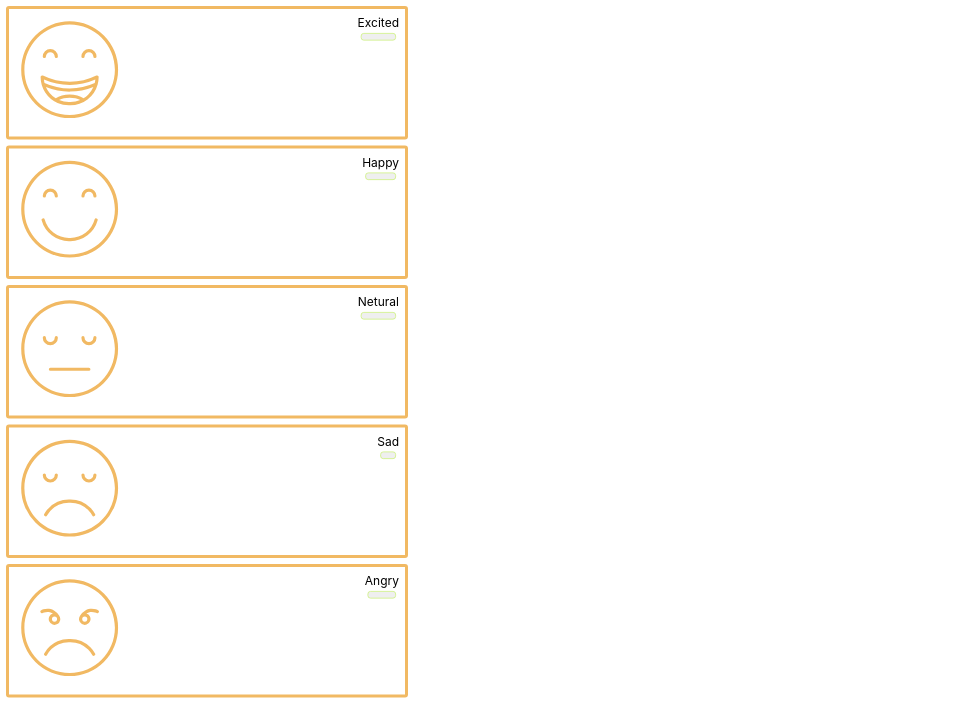
Repository: majakesin/moodify-app
Page: /
These files come from the project's save history. The page is drawn as it stood at one moment and after the next save; the edit follows.
The browser window is 1280 px wide. The pictures show the whole page, at 75% of full size.
The project was rebuilt for these pictures with package versions that can differ from the ones it lists, and the page was loaded fresh each time.

Above is the page before, as saved 2023-08-21 12:29:06.

After the next save:
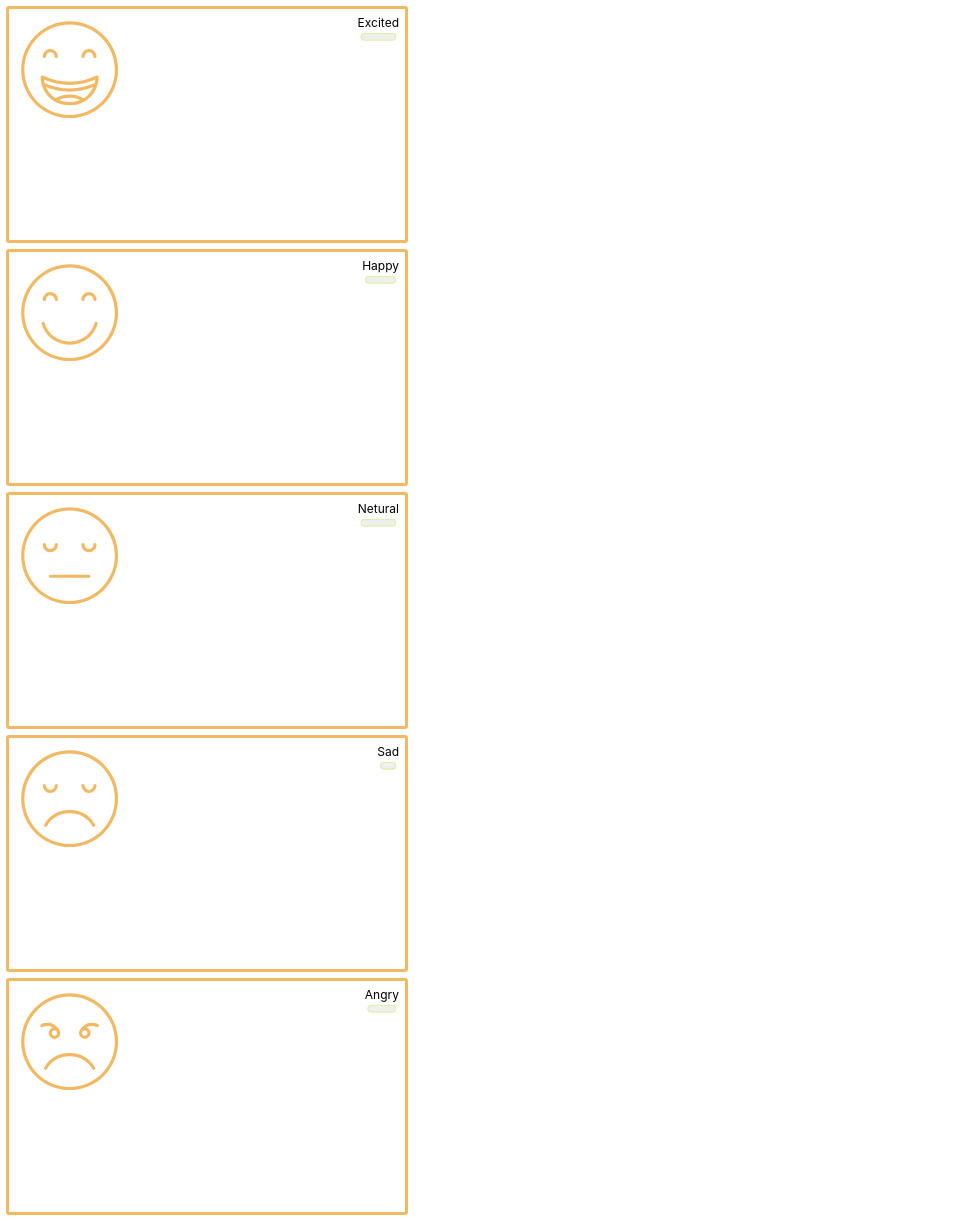
Saved 36 s later.
--- a/src/data/moods.js
+++ b/src/data/moods.js
@@ -1,7 +1,7 @@
 export const moods = [
     {
         type: 'Excited',
-        icon: <svg id="SvgjsSvg1081" xmlns="http://www.w3.org/2000/svg" version="1.1" xmlnsXlink="http://www.w3.org/1999/xlink" xmlnsSvgjs="http://svgjs.com/svgjs">
+        icon: <svg id="SvgjsSvg1081" width="288" height="288" xmlns="http://www.w3.org/2000/svg" version="1.1" xmlnsXlink="http://www.w3.org/1999/xlink" xmlnsSvgjs="http://svgjs.com/svgjs">
                 <defs id="SvgjsDefs1082"></defs>
                 <g id="SvgjsG1083">
                     <svg xmlns="http://www.w3.org/2000/svg" data-name="Layer 1" viewBox="0 0 1012 1012" width="288" height="288">
@@ -12,7 +12,7 @@ export const moods = [
     },
     {
         type: 'Happy',
-        icon: <svg id="SvgjsSvg1102" xmlns="http://www.w3.org/2000/svg" version="1.1" xmlnsXlink="http://www.w3.org/1999/xlink" xmlnsSvgjs="http://svgjs.com/svgjs">
+        icon: <svg id="SvgjsSvg1102" width="288" height="288" xmlns="http://www.w3.org/2000/svg" version="1.1" xmlnsXlink="http://www.w3.org/1999/xlink" xmlnsSvgjs="http://svgjs.com/svgjs">
                 <defs id="SvgjsDefs1103"></defs>
                 <g id="SvgjsG1104">
                     <svg xmlns="http://www.w3.org/2000/svg" data-name="Layer 1" viewBox="0 0 1012 1012" width="288" height="288">
@@ -23,7 +23,7 @@ export const moods = [
     },
     {
         type: 'Netural',
-        icon: <svg id="SvgjsSvg1123" xmlns="http://www.w3.org/2000/svg" version="1.1" xmlnsXlink="http://www.w3.org/1999/xlink" xmlnsSvgjs="http://svgjs.com/svgjs">
+        icon: <svg id="SvgjsSvg1123" width="288" height="288" xmlns="http://www.w3.org/2000/svg" version="1.1" xmlnsXlink="http://www.w3.org/1999/xlink" xmlnsSvgjs="http://svgjs.com/svgjs">
                 <defs id="SvgjsDefs1124"></defs>
                 <g id="SvgjsG1125">
                     <svg xmlns="http://www.w3.org/2000/svg" data-name="Layer 1" viewBox="0 0 1012 1012" width="288" height="288">
@@ -34,7 +34,7 @@ export const moods = [
     },
     {
         type: 'Sad',
-        icon: <svg id="SvgjsSvg1193" xmlns="http://www.w3.org/2000/svg" version="1.1" xmlnsXlink="http://www.w3.org/1999/xlink" xmlnsSvgjs="http://svgjs.com/svgjs">
+        icon: <svg id="SvgjsSvg1193" width="288" height="288" xmlns="http://www.w3.org/2000/svg" version="1.1" xmlnsXlink="http://www.w3.org/1999/xlink" xmlnsSvgjs="http://svgjs.com/svgjs">
                 <defs id="SvgjsDefs1194"></defs>
                 <g id="SvgjsG1195">
                     <svg xmlns="http://www.w3.org/2000/svg" data-name="Layer 1" viewBox="0 0 1012 1012" width="288" height="288">
@@ -45,7 +45,7 @@ export const moods = [
     },
     {
         type: 'Angry',
-        icon: <svg id="SvgjsSvg1217"  xmlns="http://www.w3.org/2000/svg" version="1.1" xmlnsXlink="http://www.w3.org/1999/xlink" xmlnSvgjs="http://svgjs.com/svgjs">
+        icon: <svg id="SvgjsSvg1217" width="288" height="288"  xmlns="http://www.w3.org/2000/svg" version="1.1" xmlnsXlink="http://www.w3.org/1999/xlink" xmlnSvgjs="http://svgjs.com/svgjs">
                 <defs id="SvgjsDefs1218"></defs>
                      <g id="SvgjsG1219">
                         <svg xmlns="http://www.w3.org/2000/svg" data-name="Layer 1" viewBox="0 0 1012 1012" width="288" height="288">
